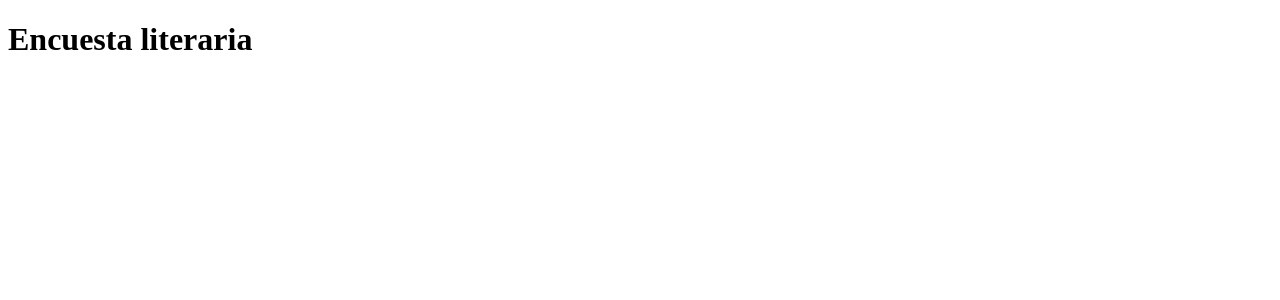
Repository: RaulWhite/javaEE
Page: Encuesta/WebContent/index.html
These files come from the project's save history. The page is drawn as it stood at one moment and after the next save; the edit follows.
The browser window is 1280 px wide. The pictures show the whole page.

Above is the page before, as saved 2017-02-16 17:45:19.

After the next save:
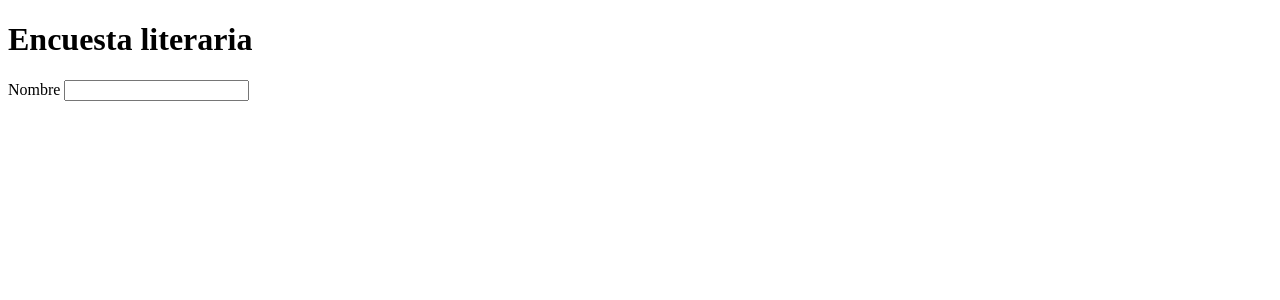
Saved 60 s later.
--- a/Encuesta/WebContent/index.html
+++ b/Encuesta/WebContent/index.html
@@ -7,7 +7,8 @@
 	<body>
 		<h1>Encuesta literaria</h1>
 		<form action="/Encuesta/mostrar">
-
+			Nombre
+			<input type="text" name="nombre">
 		</form>
 	</body>
 </html>
